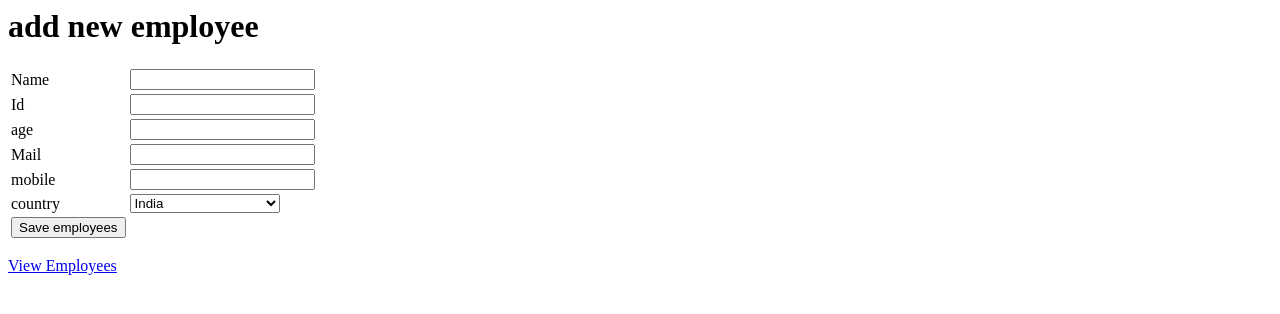
Repository: zeeshan495/AdvanceJava
Page: CrudServlets/WebContent/index.html
An editor plug-in stored every save of this project. The page is shown before and after the next save, followed by the edit.
The browser window is 1280 px wide. The pictures show the whole page.

Above is the page before, as saved 2018-06-29 12:06:25.

### CrudServlets/WebContent/index.html
<html>
<head>
<meta charset="UTF-8">
<title>Employees Details</title>
</head>
<body>
<h1>add new employee</h1>
<form action="saveServlet" method="post">
<table>
<tr><td>Name</td><td><input type="text" name="name"></td></tr>
<tr><td>Id</td><td><input type="text" name="id"></td></tr>
<tr><td>age</td><td><input type="text" name="age"></td></tr>
<tr><td>Mail</td><td><input type="email" name="mail"></td></tr>
<tr><td>mobile</td><td><input type="text" name="number"></td></tr>
<tr><td>country</td>
<td><select name="country" style="width:150px">
<option>India</option>
<option>USA</option>
<option>UK</option>
<option>Other</option>
</select>
</td></tr>
<tr><td><input type="submit" value="Save employees"/></td></tr>
</table>
</form>
<a href="displayServlet" method="post">View Employees</a>
</body>
</html>

After the next save:
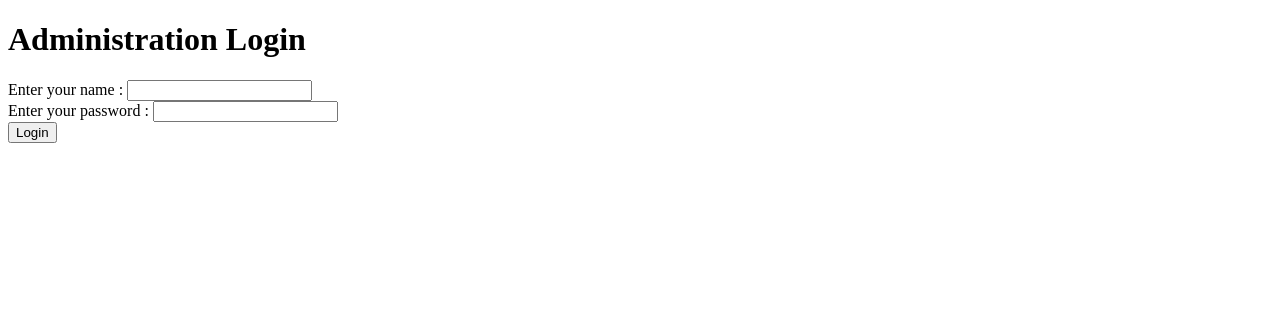
Saved 33 s later.
--- a/CrudServlets/WebContent/index.html
+++ b/CrudServlets/WebContent/index.html
@@ -1,28 +1,15 @@
+<!DOCTYPE html>
 <html>
 <head>
 <meta charset="UTF-8">
-<title>Employees Details</title>
+<title>Administration Login</title>
 </head>
 <body>
-<h1>add new employee</h1>
-<form action="saveServlet" method="post">
-<table>
-<tr><td>Name</td><td><input type="text" name="name"></td></tr>
-<tr><td>Id</td><td><input type="text" name="id"></td></tr>
-<tr><td>age</td><td><input type="text" name="age"></td></tr>
-<tr><td>Mail</td><td><input type="email" name="mail"></td></tr>
-<tr><td>mobile</td><td><input type="text" name="number"></td></tr>
-<tr><td>country</td>
-<td><select name="country" style="width:150px">
-<option>India</option>
-<option>USA</option>
-<option>UK</option>
-<option>Other</option>
-</select>
-</td></tr>
-<tr><td><input type="submit" value="Save employees"/></td></tr>
-</table>
-</form>
-<a href="displayServlet" method="post">View Employees</a>
+<h1>Administration Login</h1>
+	<form action="servlet1" method="post">
+	Enter your name : <input type="text" name="name"><br>
+	Enter your password : <input type="password" name="pwd"><br>
+		<input type="submit" value="Login">
+	</form>
 </body>
 </html>

After the save that followed:
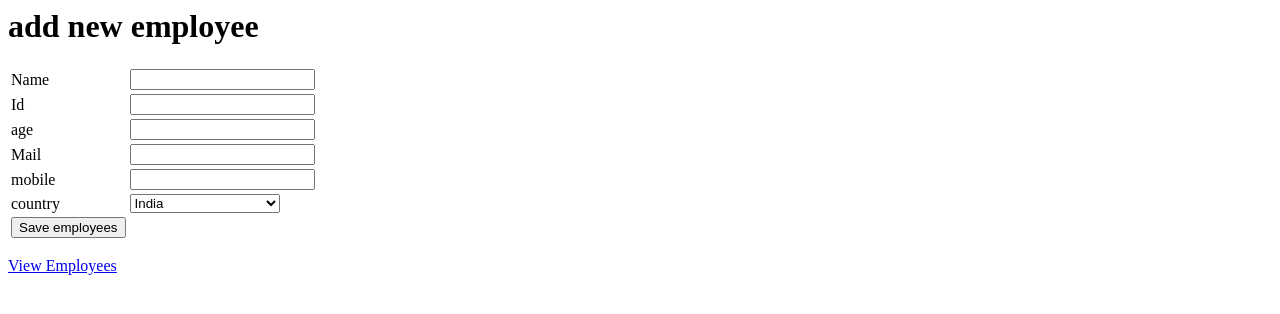
Saved 57 s later.
--- a/CrudServlets/WebContent/index.html
+++ b/CrudServlets/WebContent/index.html
@@ -1,15 +1,28 @@
-<!DOCTYPE html>
 <html>
 <head>
 <meta charset="UTF-8">
-<title>Administration Login</title>
+<title>Employees Details</title>
 </head>
 <body>
-<h1>Administration Login</h1>
-	<form action="servlet1" method="post">
-	Enter your name : <input type="text" name="name"><br>
-	Enter your password : <input type="password" name="pwd"><br>
-		<input type="submit" value="Login">
-	</form>
+<h1>add new employee</h1>
+<form action="saveServlet" method="post">
+<table>
+<tr><td>Name</td><td><input type="text" name="name"></td></tr>
+<tr><td>Id</td><td><input type="text" name="id"></td></tr>
+<tr><td>age</td><td><input type="text" name="age"></td></tr>
+<tr><td>Mail</td><td><input type="email" name="mail"></td></tr>
+<tr><td>mobile</td><td><input type="text" name="number"></td></tr>
+<tr><td>country</td>
+<td><select name="country" style="width:150px">
+<option>India</option>
+<option>USA</option>
+<option>UK</option>
+<option>Other</option>
+</select>
+</td></tr>
+<tr><td><input type="submit" value="Save employees"/></td></tr>
+</table>
+</form>
+<a href="displayServlet" method="post">View Employees</a>
 </body>
 </html>
